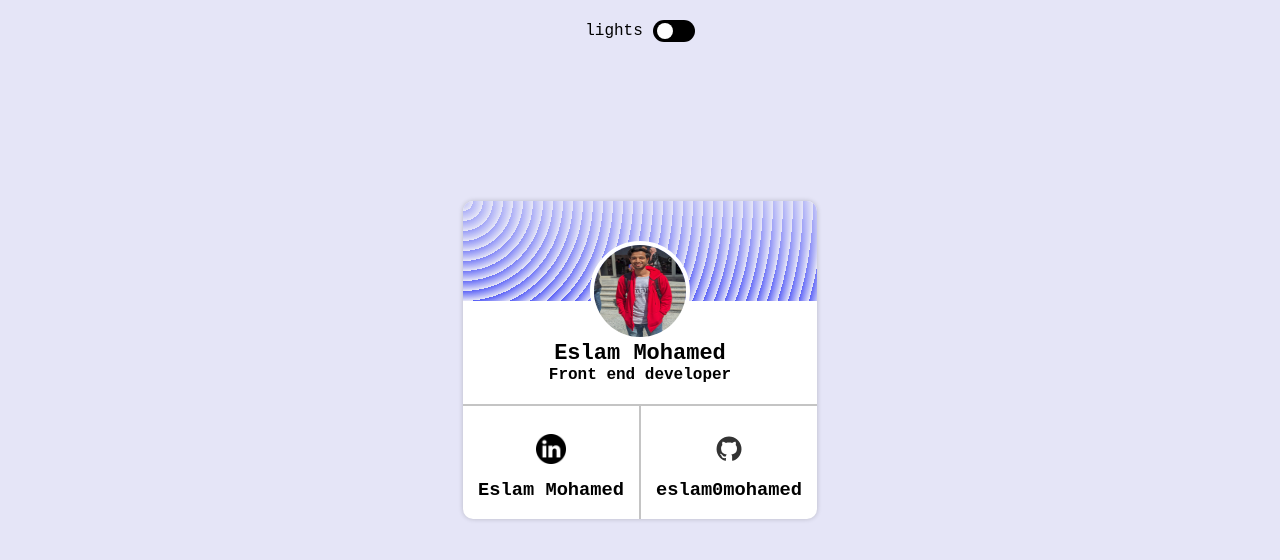
Repository: Eslam0Mohamed/profile-card-component
Page: index.html
These files come from the project's save history. The page is drawn as it stood at one moment and after a run of saves; the edit follows.
The browser window is 1280 px wide. The pictures show the whole page.

Above is the page before, as saved 2024-07-25 19:20:26.

### index.html
<!DOCTYPE html>
<html lang="en">
  <head>
    <meta charset="UTF-8" />
    <meta name="viewport" content="width=device-width, initial-scale=1.0" />
    <title>Profile Card</title>
    <link rel="stylesheet" href="style.css" />
  </head>
  <body>
    <div class="container">
      <div class="lights-control">
        lights
        <input type="checkbox" name="lights-input" id="lights-input" class="lights-input">
        <label for="light-input" class="lights-label"></label>
      </div>
      <article class="card">
        <div class="top"></div>
        <div class="middle">
          <img src="assets/my-pic.jpg" alt="Eslam's photo" class="pic" />
          <h1 class="title">Eslam Mohamed</h1>
          <h2 class="job">Front end developer</h2>
        </div>
        <div class="bottom">
          <div class="column">
            <a href="https://www.linkedin.com/in/eslam-mohamed2002/">
              <img class="icon" src="assets/linkedin.png" alt="Linkedin icon" />
            </a>
            <h3>Eslam Mohamed</h3>
          </div>
          <div class="column">
            <a href="https://github.com/Eslam0Mohamed">
              <img class="icon" src="assets/github.svg" alt="github icon" />
            </a>
            <h3>eslam0mohamed</h3>
          </div>
        </div>
      </article>
    </div>
  </body>
</html>

### style.css
:root {
    --color-white: #fff;
    --color-grey: #c4c4c4;
}

/* CSS Reset */

* {
    margin: 0;
    padding: 0;
    box-sizing: border-box;
}

*,
*::before,
*::after {
    box-sizing: border-box;
}

a {
    color: inherit;
    display: inline-block;
}

button {
    background-color: transparent;
    border: none;
    cursor: pointer;
    border: 0;
}

ul,
ol {
    list-style: none;
}

html {
    font-size: 62.5%;
}

body {
    font-size: 1.6rem;
    font-family: "Courier New", Courier, monospace;
}

.container {
    flex-direction: column;
    min-height: 100vh;
    display: flex;
    justify-content: center;
    align-items: center;
    background-color: #e5e5f7;
    background-image: radial-gradient(#444cf7 0.5px, #e5e5f7 0.5px);
    background-size: 10px 10px;
}
.lights-control{
    display: flex;
    align-items: center;
    gap: 1rem;
    position: absolute;
    top: 2rem;
}
.lights-input{
display: none;
}
.lights-label{
    width:4.2rem ;
    height: 2.2rem;
    border-radius: 1.5rem;
    background-color: black;
    cursor: pointer;
    transition:background-color 0.3s  ;
    padding: 0.3rem 0.4rem;
}
.lights-label::after{
    content: "";
    width: 1.6rem;
    height: 1.6rem;
    display: block;
    transition: 0.3s;
    background-color: #fff;
    border-radius: 50%;
}

.card {
    display: flex;
    flex-direction: column;
    border-radius: 1rem;
    min-width: 35rem;
    overflow: hidden;
    background-color: var(--color-white);
    box-shadow:  0 0 0.5rem rgba(0, 0, 0, 0.2);
}

.top {
    height: 10rem;
    background-color: #e5e5f7;
    opacity: 0.9;
    background-image: repeating-radial-gradient(circle at 0 0, transparent 0, #e5e5f7 10px),
        repeating-linear-gradient(#444cf755, #444cf7);

}

.middle{
    z-index: 5;
    display: flex;
    flex-direction: column;
    justify-content: center;
    align-items: center;
    margin-top: -6rem;
}
.pic {
    height: 100px;
    width: 100px;
    border-radius: 50%;
    /* object-fit: contain; */
    background-color: var(--color-white);
    border: 0.4rem solid var(--color-white);
}
.title{
    font-size:  2.2rem;

 }
 .job{
    font-size:  1.6rem;

 }
 .bottom{
    margin: 20px 0 0 0;
    display: flex;
    justify-content: space-evenly;
    border-top: 2px solid var(--color-grey);
 }
 .column:last-child{
    border-left: 2px solid var(--color-grey);

 }
 .column{
  /* display: flex;
  flex-direction: column;
  align-items: center; */
  flex: 1;
padding: 18px 15px;
text-align: center;

 }
 .icon{
    width: 30px;
    margin: 10px 0;
 }

After the next 2 saves:
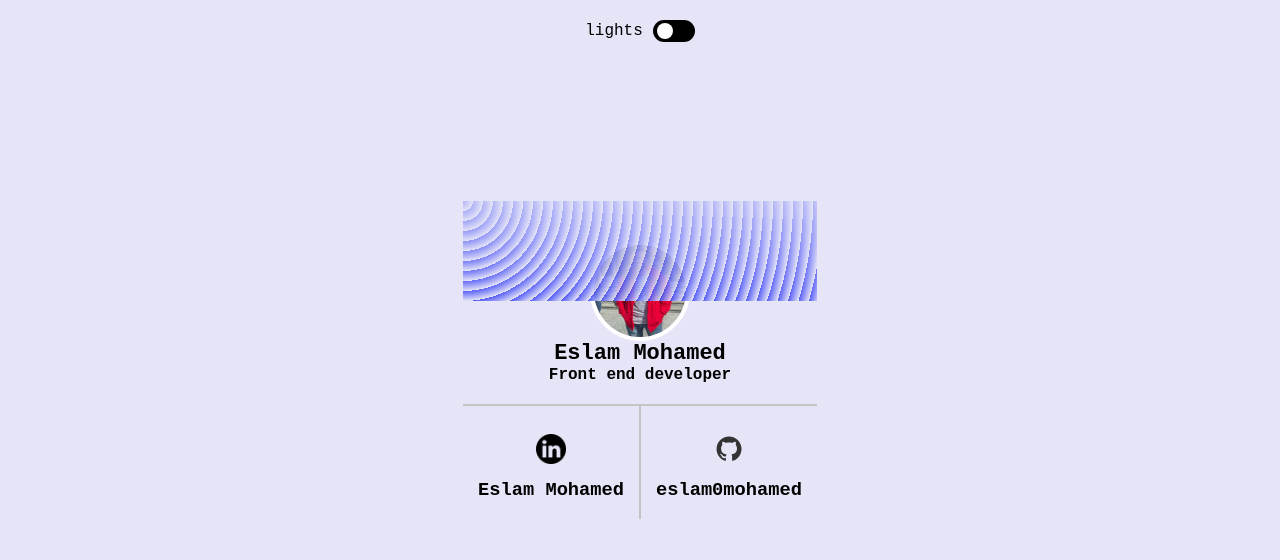
The 2 saves are shown as one change because they came seconds apart.
The last was saved 13 s later.
--- a/style.css
+++ b/style.css
@@ -81,7 +81,7 @@
     background-color: #fff;
     border-radius: 50%;
 }
-
+.container:
 .card {
     display: flex;
     flex-direction: column;

After the 3 saves that followed:
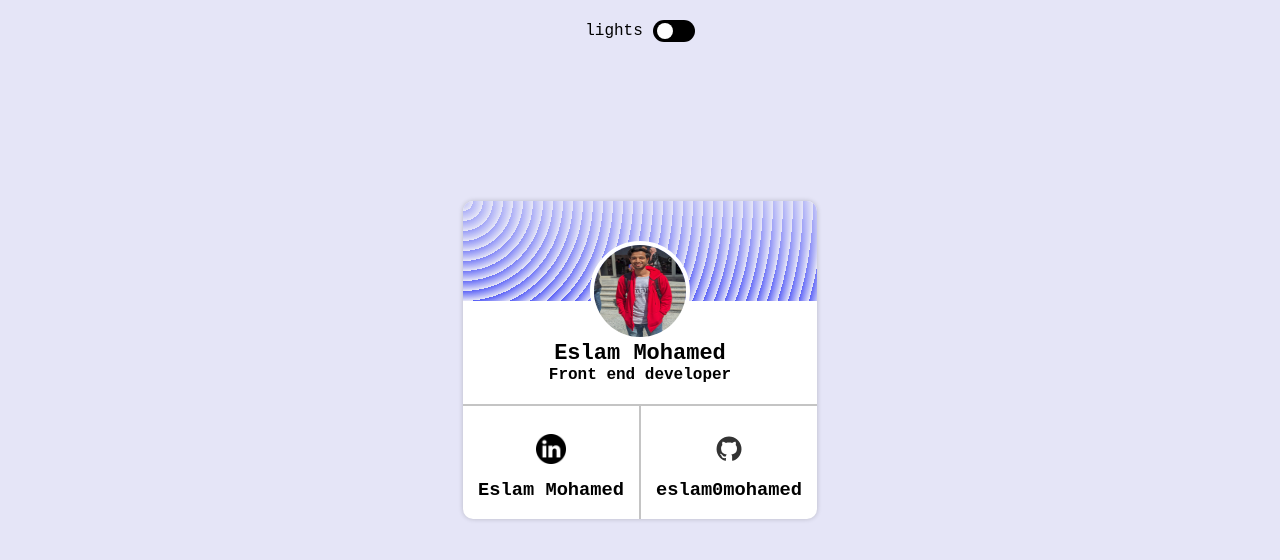
The 3 saves are shown as one change because 1 left the picture as it was and some came seconds apart.
The last was saved 39 s later.
--- a/style.css
+++ b/style.css
@@ -81,7 +81,7 @@
     background-color: #fff;
     border-radius: 50%;
 }
-.container:
+
 .card {
     display: flex;
     flex-direction: column;
